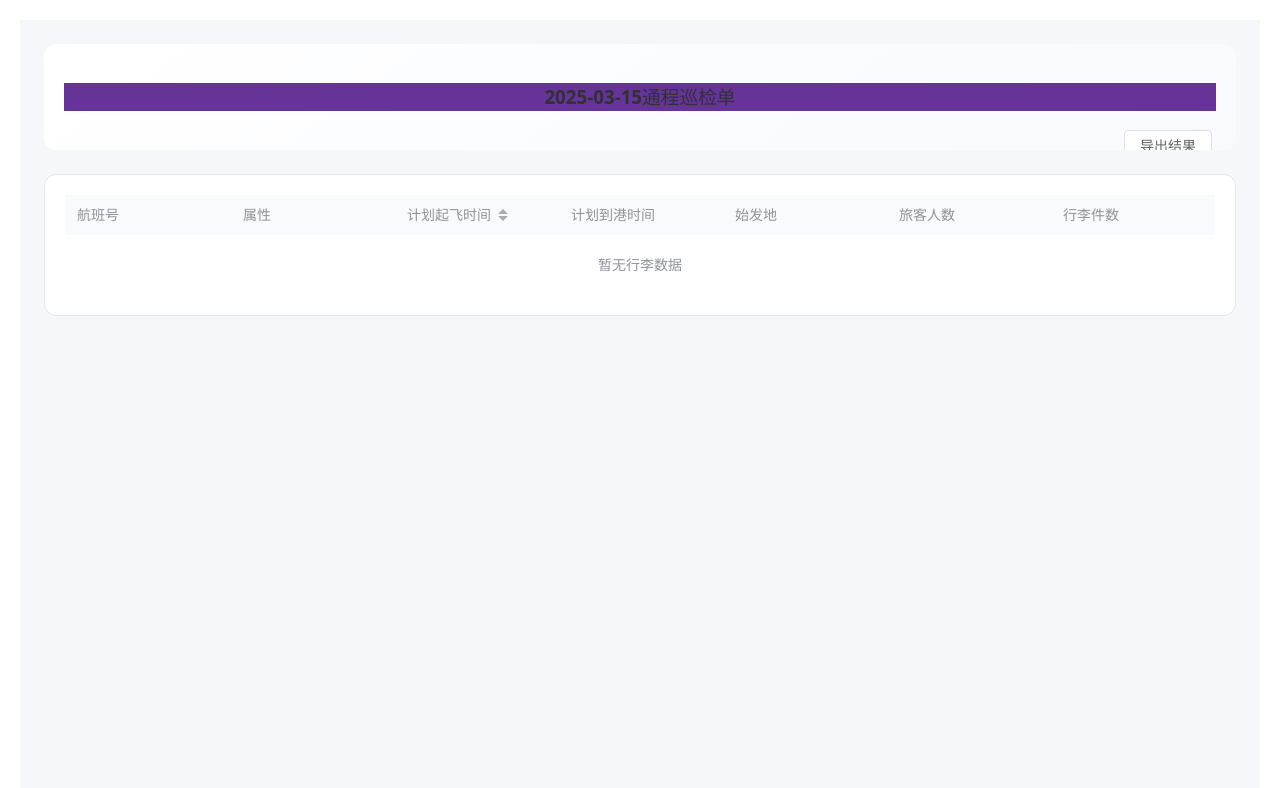
Repository: jhonMacTavish/through-baggage-info-check
Page: / (app in web/)
An editor plug-in stored every save of this project. The page is shown before and after the next save, followed by the edit.
The browser window is 1280 px wide. The pictures show the whole page.
The page's requests for data from a server got no answer. The project was rebuilt for these pictures with package versions that can differ from the ones it lists, and the page was loaded fresh each time. No one was signed in, and anything a server would have sent is missing. Also part of the build but not shown: web/vite.config.js, web/src/components/Header.vue.

Above is the page before, as saved 2025-03-27 14:50:11.

After the next save:
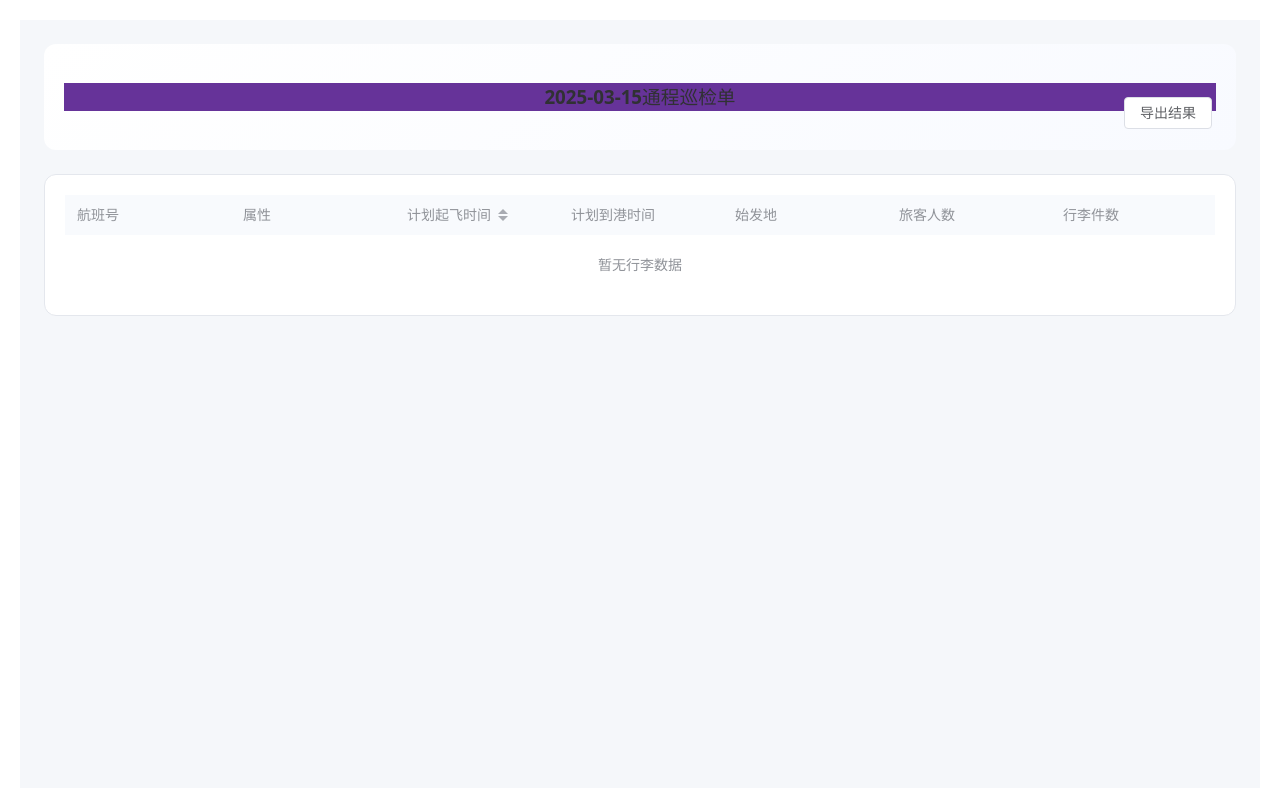
Saved 22 s later.
--- a/web/src/App.vue
+++ b/web/src/App.vue
@@ -104,6 +104,7 @@ onMounted(() => {
     .btn-seal {
       position: absolute;
       right: 24px;
+      top: 50%;
     }
   }
 }
